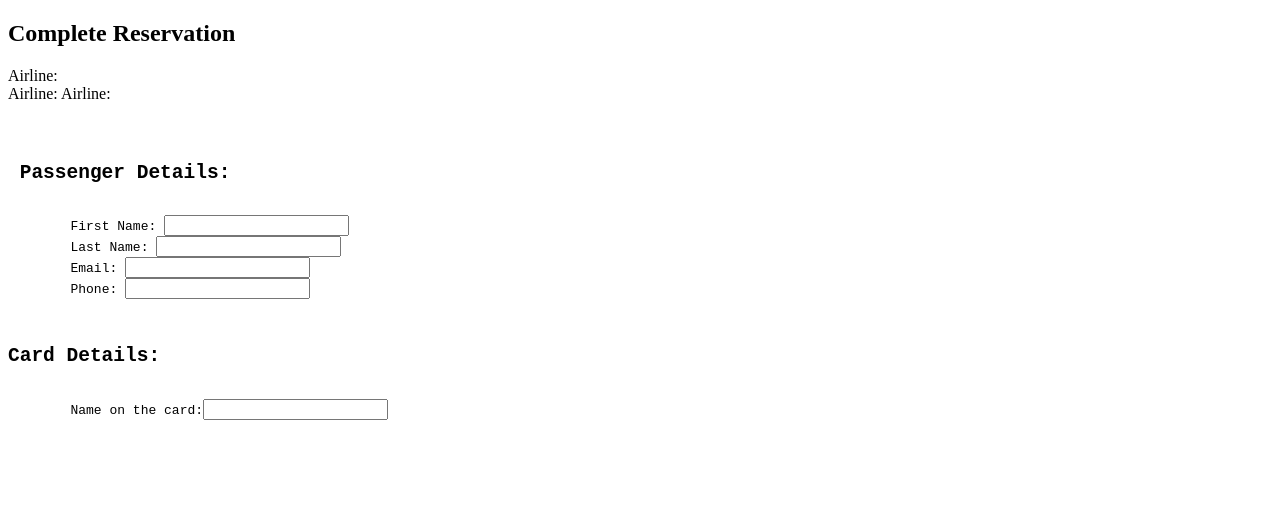
Repository: tanaya13693/EndToEndSpringJpa
Page: http://localhost/flightreservation/WEB-INF/jsps/completeReservation.jsp
These files come from the project's save history. The page is drawn as it stood at one moment and after the next save; the edit follows.
The browser window is 1280 px wide. The pictures show the whole page.
The page is served by Tomcat 9. Nobody is signed in. The template is opened directly, without the code that normally fills it, so the values that code supplies are empty.

Above is the page before, as saved 2018-08-25 20:37:08.

After the next save:
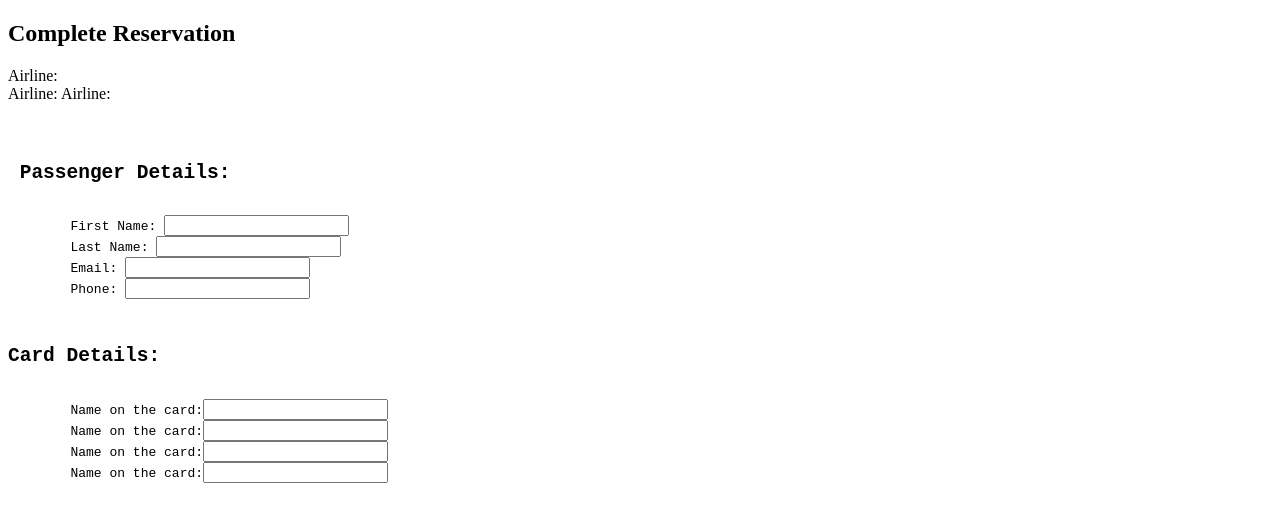
Saved 11 s later.
--- a/flightreservation/src/main/webapp/WEB-INF/jsps/completeReservation.jsp
+++ b/flightreservation/src/main/webapp/WEB-INF/jsps/completeReservation.jsp
@@ -28,6 +28,9 @@
 
 	<h2>Card Details: </h2>
 	Name on the card:<input type="text" name="nameOnTheCard">
+	Name on the card:<input type="text" name="nameOnTheCard">
+	Name on the card:<input type="text" name="nameOnTheCard">
+	Name on the card:<input type="text" name="nameOnTheCard">
 
 </form>
 </body>
